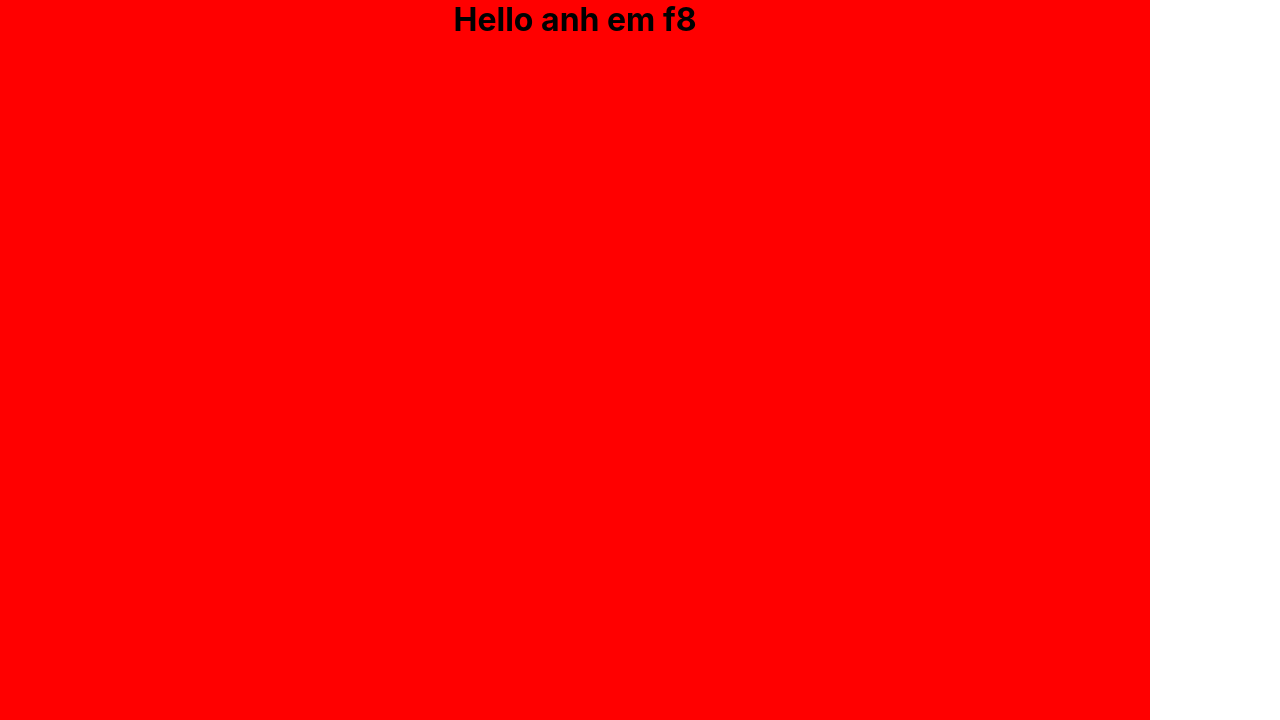
Repository: manhhieu120499/BadmintonShop
Page: /
These files come from the project's save history. The page is drawn as it stood at one moment and after the next save; the edit follows.
The browser window is 1280 px wide. The pictures show the whole page.
The project was rebuilt for these pictures with package versions that can differ from the ones it lists, and the page was loaded fresh each time.

Above is the page before, as saved 2024-08-18 16:39:53.

### src/App.js
import './App.css';
import { DefaultLayout } from './layouts/DefaultLayout';

function App() {
	return (
		<DefaultLayout>
			<div className="App">
				<h1>Hello anh em f8</h1>
			</div>
		</DefaultLayout>
	);
}

export default App;

### src/App.css
/*reset css*/
* {
	margin: 0;
	padding: 0;
	box-sizing: border-box;
}

### src/layouts/DefaultLayout/DefaultLayout.js
import classNames from 'classnames/bind';
import styles from './DefaultLayout.module.scss';

const cx = classNames.bind(styles);

function DefaultLayout({ children }) {
	return <div className={cx('container')}>{children}</div>;
}

export default DefaultLayout;

### src/layouts/DefaultLayout/DefaultLayout.module.scss
.container {
	width: 1150px;
	height: 100vh;
	background-color: red;
	display: flex;
	justify-content: center;
}

Loaded but not shown: public/index.html (common file); src/index.js (common file); src/index.css (common file); src/reportWebVitals.js (common file); src/layouts/DefaultLayout/index.js (common file)

After the next save:
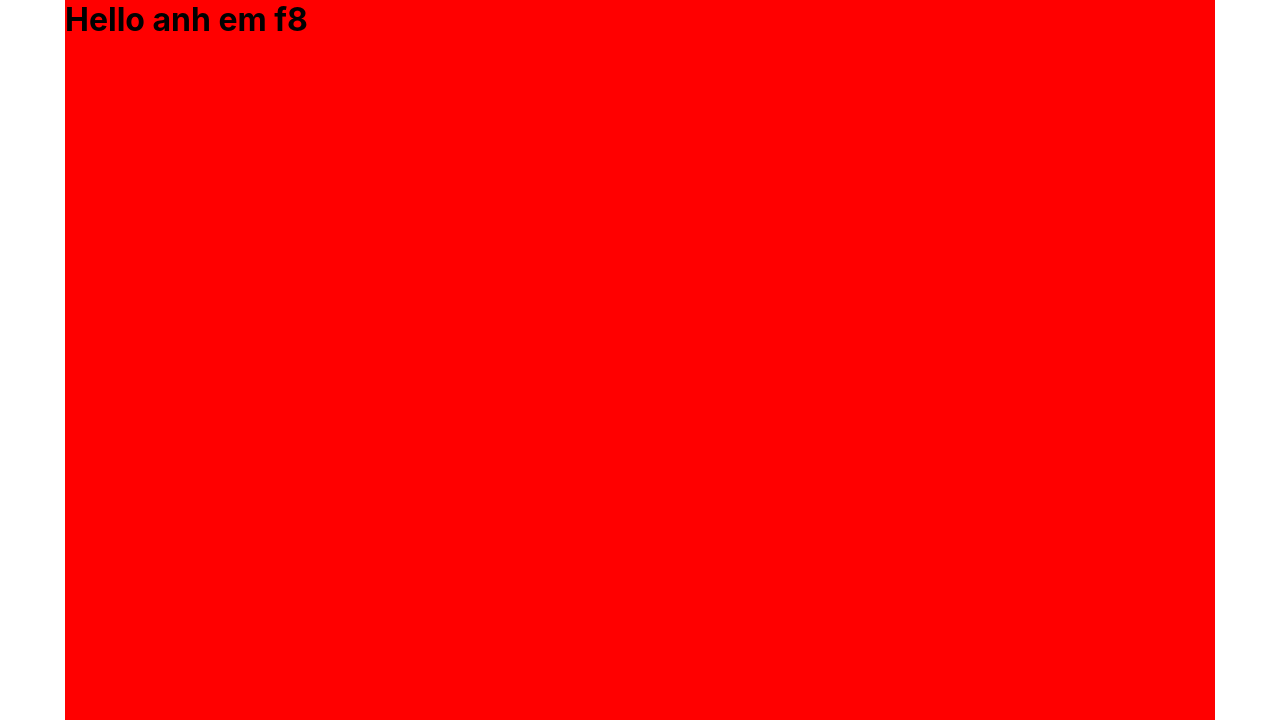
Saved 12 s later.
--- a/src/layouts/DefaultLayout/DefaultLayout.module.scss
+++ b/src/layouts/DefaultLayout/DefaultLayout.module.scss
@@ -2,6 +2,5 @@
 	width: 1150px;
 	height: 100vh;
 	background-color: red;
-	display: flex;
-	justify-content: center;
+	margin: 0 auto;
 }
